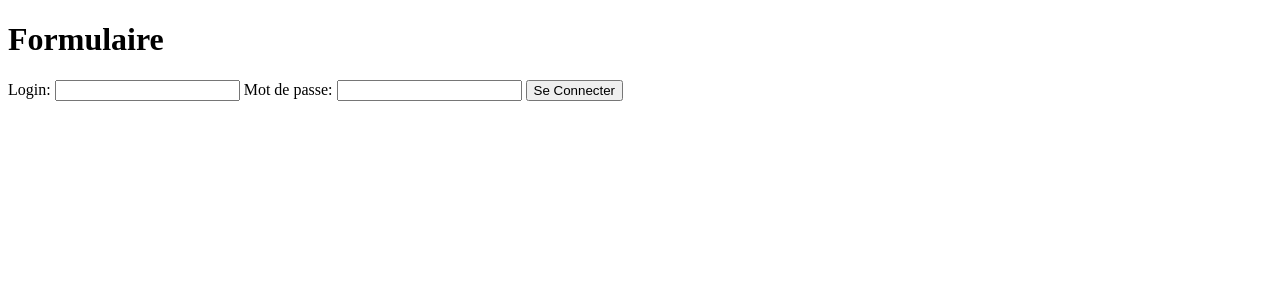
Repository: ibrahimadiagneseck/jakarta-ee
Page: test/src/main/webapp/login.html
An editor plug-in stored every save of this project. The page is shown before and after the next save, followed by the edit.
The browser window is 1280 px wide. The pictures show the whole page.

Above is the page before, as saved 2023-12-12 10:39:02.

### test/src/main/webapp/login.html
<!DOCTYPE html>
<html>
<head>
<meta charset="ISO-8859-1">
<title>Connexion</title>
</head>
<body>
     <h1>Formulaire</h1>
     <form action="/your-context-root/loginServlet" method="post">
        <label for="login">Login:</label>
        <input type="text" id="login" name="login" required>

        <label for="password">Mot de passe:</label>
        <input type="password" id="password" name="password" required>

        <button type="submit">Se Connecter</button>
    </form>
</body>
</html>

After the next save:
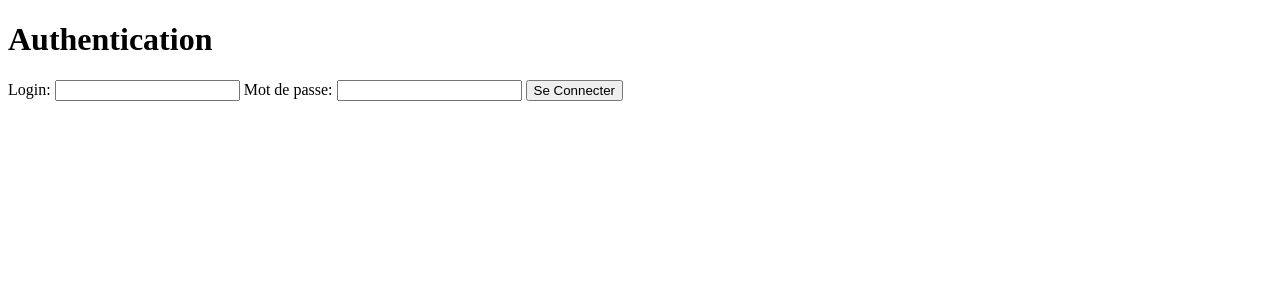
Saved 30 s later.
--- a/test/src/main/webapp/login.html
+++ b/test/src/main/webapp/login.html
@@ -5,7 +5,7 @@
 <title>Connexion</title>
 </head>
 <body>
-     <h1>Formulaire</h1>
+     <h1>Authentication</h1>
      <form action="/your-context-root/loginServlet" method="post">
         <label for="login">Login:</label>
         <input type="text" id="login" name="login" required>
